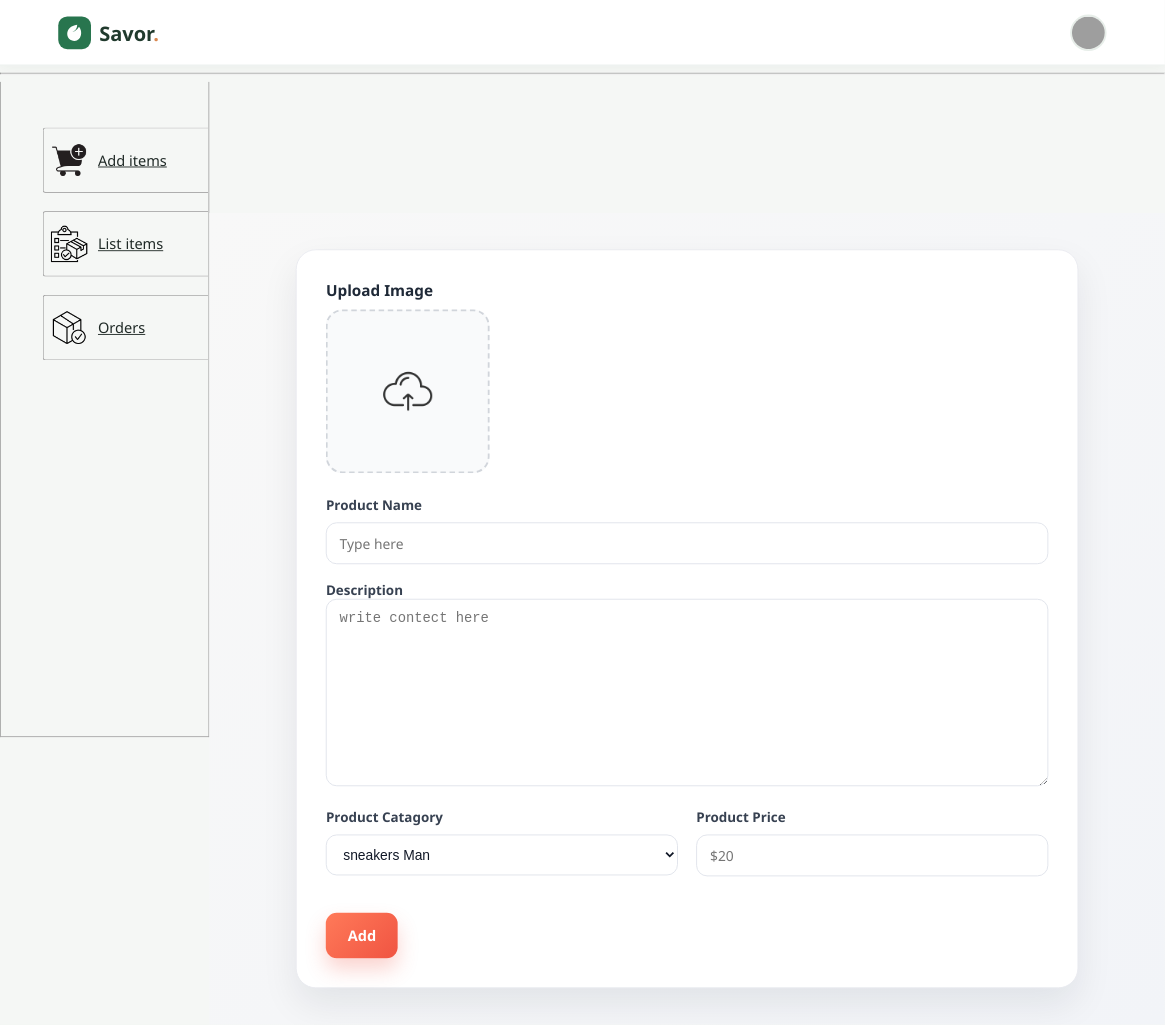
Repository: prince44991/Ecommerce-Project-Full-Stack
Page: /Additem (app in admin/my-react-app/)
These files come from the project's save history. The page is drawn as it stood at one moment and after the next save; the edit follows.
The browser window is 1280 px wide. The pictures show the whole page, at 91% of full size.
Pictures or frames that could not be fetched are drawn as grey boxes. The project was rebuilt for these pictures with package versions that can differ from the ones it lists, and the page was loaded fresh each time. Also part of the build but not shown: admin/my-react-app/vite.config.js, admin/my-react-app/src/pages/Order/Order.jsx, admin/my-react-app/src/pages/List/List.jsx.

Above is the page before, as saved 2026-09-29 21:20:02.

After the next save:
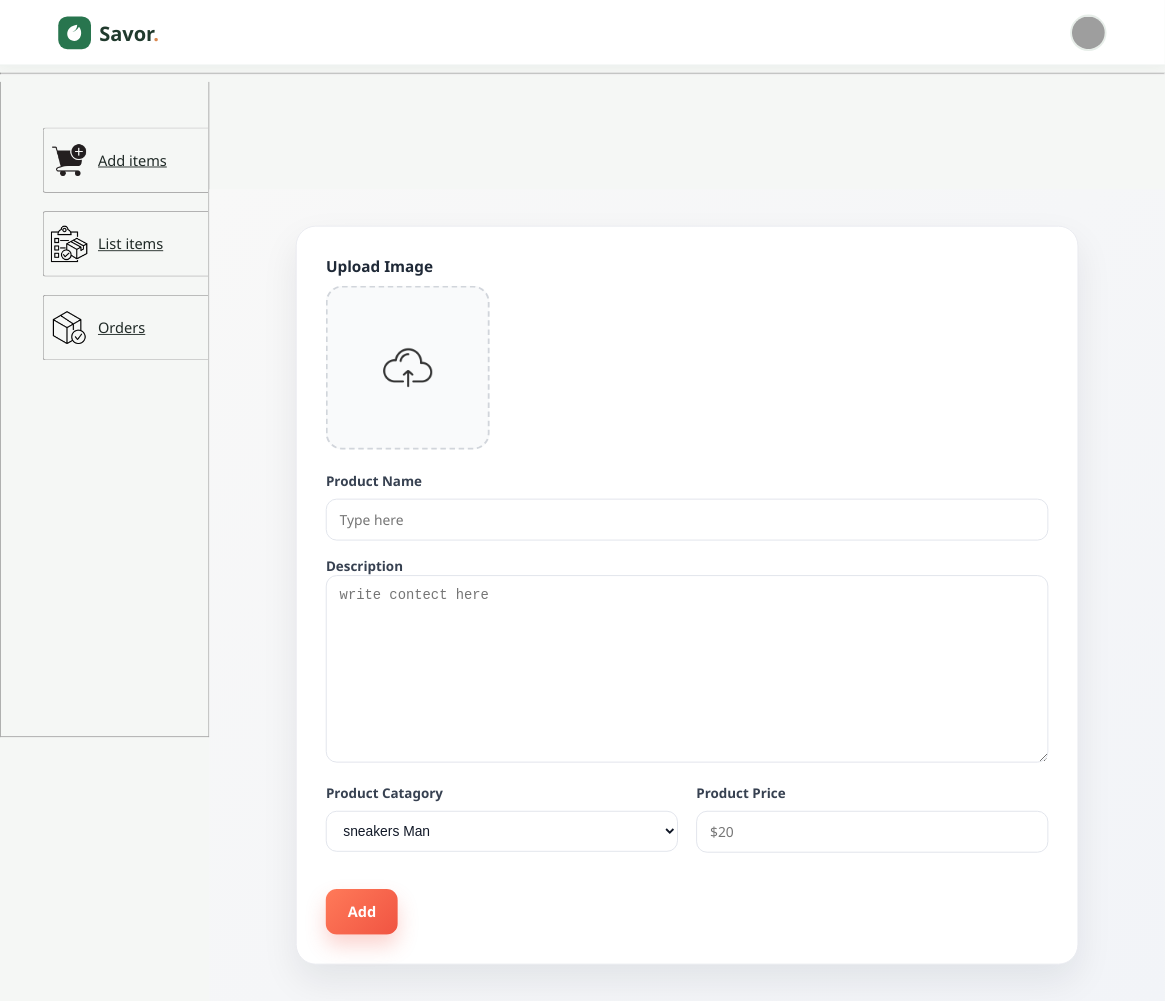
Saved 6 s later.
--- a/admin/my-react-app/src/pages/Add/Add.css
+++ b/admin/my-react-app/src/pages/Add/Add.css
@@ -5,7 +5,7 @@
   padding: 40px 20px;
   background: linear-gradient(135deg, #f8f8f8 0%, #f2f4f8 100%);
   min-height: calc(100vh - 80px);
-  margin-top:-45vw;
+  margin-top:-47vw;
   margin-left: 18vw;
 }
 
